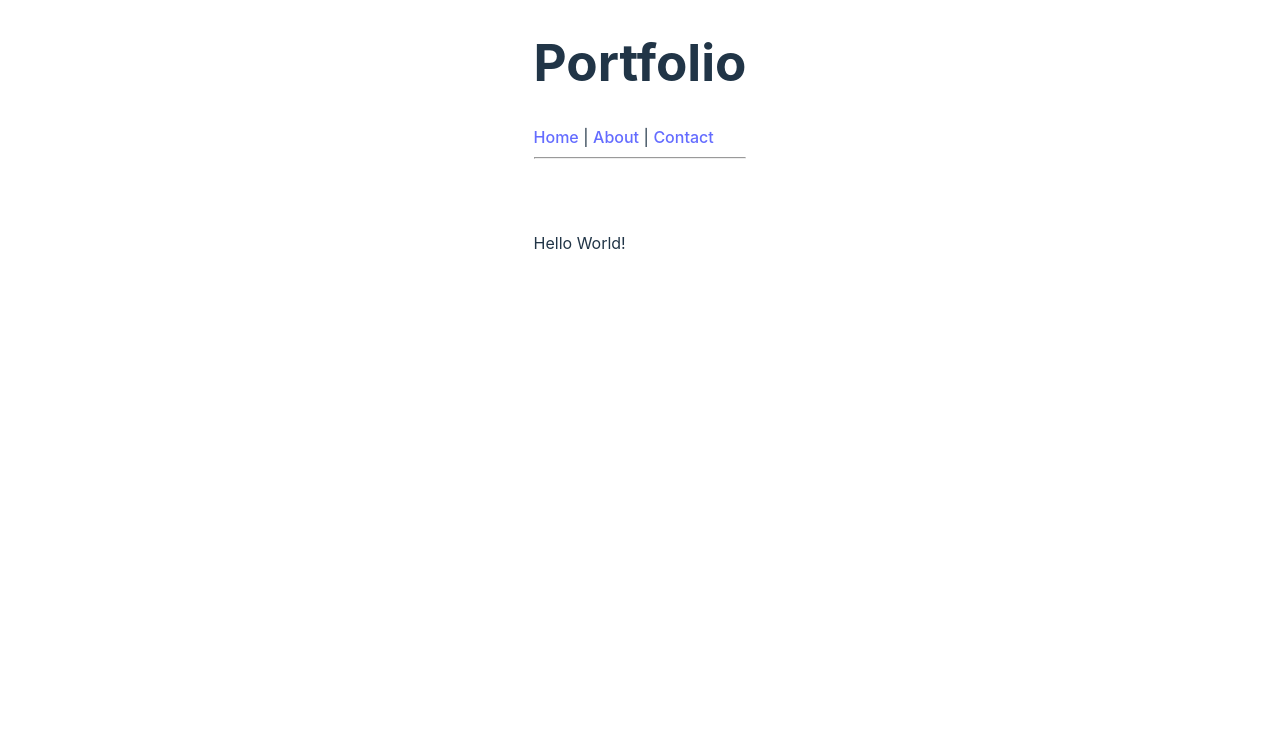
Repository: Viditv68/VIditRawat_Portfolio.github.io
Page: / (app in client/)
An editor plug-in stored every save of this project. The page is shown before and after the next save, followed by the edit.
The browser window is 1280 px wide. The pictures show the whole page.
The project was rebuilt for these pictures with package versions that can differ from the ones it lists, and the page was loaded fresh each time. Also part of the build but not shown: client/vite.config.js, client/src/about.jsx, client/src/contact.jsx.

Above is the page before, as saved 2023-12-16 11:26:25.

After the next save:
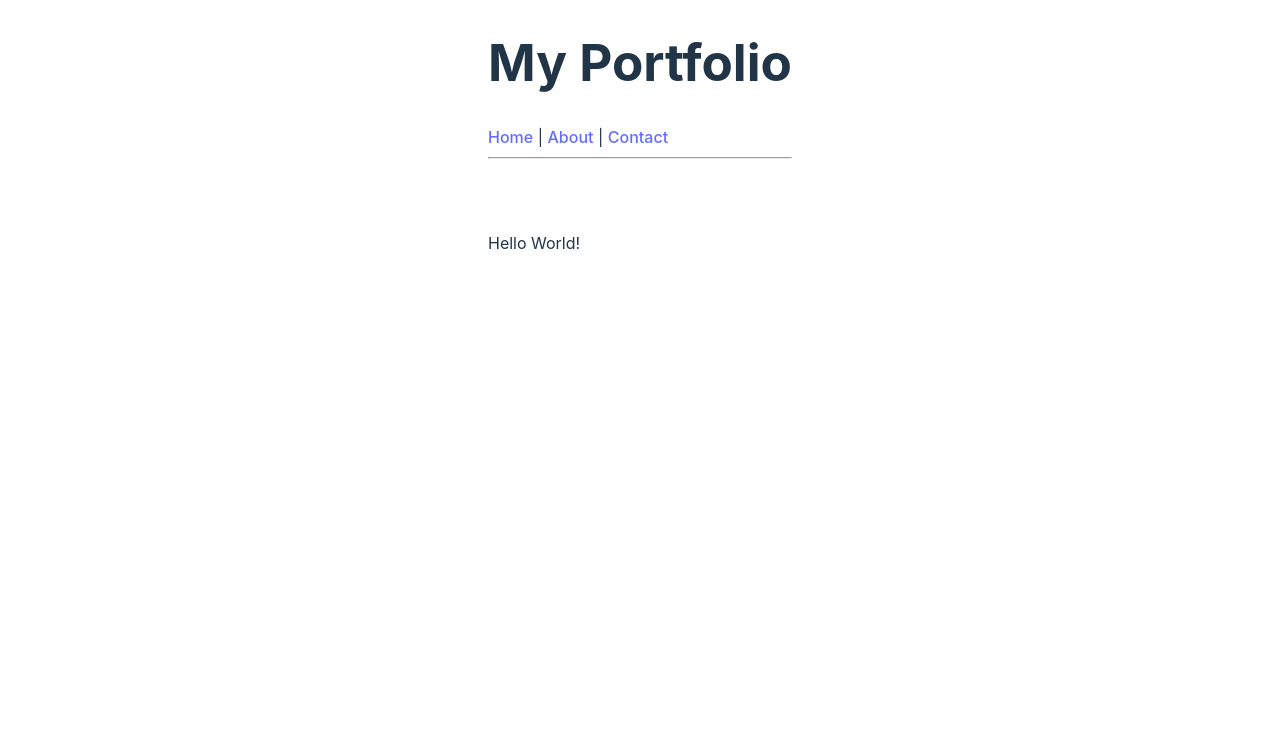
Saved 27 s later.
--- a/client/components/layout.jsx
+++ b/client/components/layout.jsx
@@ -4,7 +4,7 @@ import { Link } from 'react-router-dom';
 export default function Layout() {
   return (
     <>
-      <h1>Portfolio</h1>
+      <h1>My Portfolio</h1>
       <nav>
         <Link to="/">Home</Link> | <Link to="/about">About</Link> | <Link to="/contact">Contact</Link>
       </nav>
